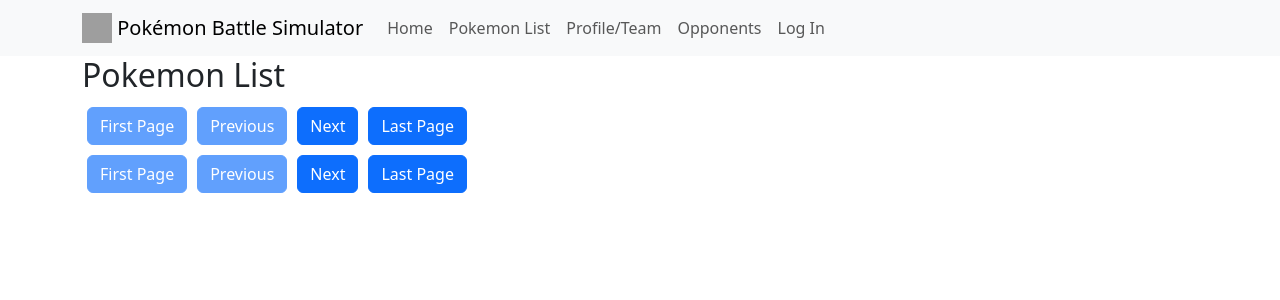
Repository: chsbca/Pokemon-Battle-Simulator
Page: /pokemon_list (app in front-end/)
The author's editor kept a copy of each file at every save. The page is drawn from the files as they stood at one save, then again after the next save.
The browser window is 1280 px wide. The pictures show the whole page.
Pictures or frames that could not be fetched are drawn as grey boxes. The page's requests for data from a server got no answer. The project was rebuilt for these pictures with package versions that can differ from the ones it lists, and the page was loaded fresh each time. No one was signed in, and anything a server would have sent is missing. Also part of the build but not shown: front-end/vite.config.js, front-end/src/components/ProtectedRoute.jsx, front-end/src/pages/Error404Page.jsx, front-end/src/pages/HomePage.jsx, front-end/src/pages/ProfilePage.jsx, front-end/src/pages/OpponentsPage.jsx, front-end/src/pages/LoginPage.jsx, front-end/src/pages/SignUpPage.jsx.

Above is the page before, as saved 2024-04-14 07:56:10.

After the next save:
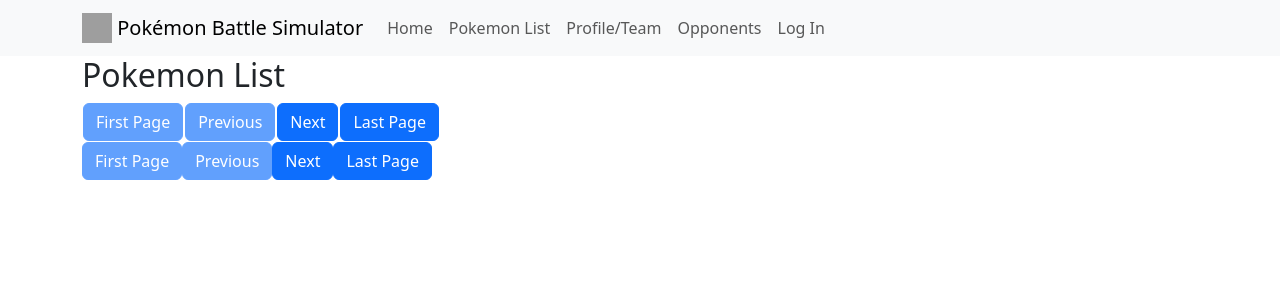
Saved 26 s later.
--- a/front-end/src/pages/PokemonListPage.jsx
+++ b/front-end/src/pages/PokemonListPage.jsx
@@ -41,10 +41,10 @@
         <div className="container">
             <h2>Pokemon List</h2>
             <div className="pagination-controls">
-                <button onClick={handleFirstPage} disabled={page === 1} className="btn btn-primary" style={{ margin: '5px' }}>First Page</button>
-                <button onClick={handlePrevious} disabled={page === 1} className="btn btn-primary" style={{ margin: '5px' }}>Previous</button>
-                <button onClick={handleNext} disabled={page >= lastPage} className="btn btn-primary" style={{ margin: '5px' }}>Next</button>
-                <button onClick={handleLastPage} disabled={page >= lastPage} className="btn btn-primary" style={{ margin: '5px' }}>Last Page</button>
+                <button onClick={handleFirstPage} disabled={page === 1} className="btn btn-primary" style={{ margin: '1px' }}>First Page</button>
+                <button onClick={handlePrevious} disabled={page === 1} className="btn btn-primary" style={{ margin: '1px' }}>Previous</button>
+                <button onClick={handleNext} disabled={page >= lastPage} className="btn btn-primary" style={{ margin: '1px' }}>Next</button>
+                <button onClick={handleLastPage} disabled={page >= lastPage} className="btn btn-primary" style={{ margin: '1px' }}>Last Page</button>
             </div>
             <div className="row">
                 {pokemonDetails.map((pokemon, index) => (
@@ -68,10 +68,10 @@
                 ))}
             </div>
             <div className="pagination-controls">
-            <button onClick={handleFirstPage} disabled={page === 1} className="btn btn-primary" style={{ margin: '5px' }}>First Page</button>
-                <button onClick={handlePrevious} disabled={page === 1} className="btn btn-primary" style={{ margin: '5px' }}>Previous</button>
-                <button onClick={handleNext} disabled={page >= lastPage} className="btn btn-primary" style={{ margin: '5px' }}>Next</button>
-                <button onClick={handleLastPage} disabled={page >= lastPage} className="btn btn-primary" style={{ margin: '5px' }}>Last Page</button>
+                <button onClick={handleFirstPage} disabled={page === 1} className="btn btn-primary">First Page</button>
+                <button onClick={handlePrevious} disabled={page === 1} className="btn btn-primary">Previous</button>
+                <button onClick={handleNext} disabled={page >= lastPage} className="btn btn-primary">Next</button>
+                <button onClick={handleLastPage} disabled={page >= lastPage} className="btn btn-primary">Last Page</button>
             </div>
         </div>
     );
